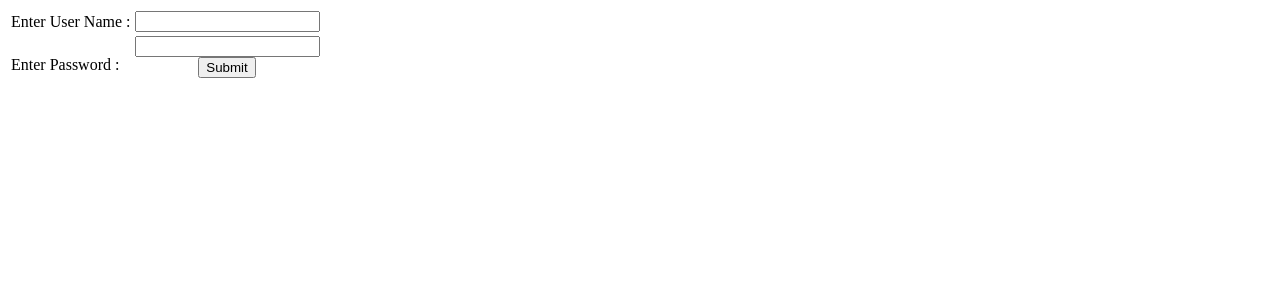
Repository: gunac/DbmsProject
Page: http://localhost/CarRental/login.jsp
An editor plug-in stored every save of this project. The page is shown before and after the next save, followed by the edit.
The browser window is 1280 px wide. The pictures show the whole page.
The page is served by Tomcat 9. Other server files are loaded and not shown.

Above is the page before, as saved 2014-11-30 00:30:55.

### CarRental/WebContent/login.jsp
<%@ page language="java" contentType="text/html; charset=ISO-8859-1"
    pageEncoding="ISO-8859-1"%>
<!DOCTYPE html PUBLIC "-//W3C//DTD HTML 4.01 Transitional//EN" "http://www.w3.org/TR/html4/loose.dtd">
<html>
<head>
<meta http-equiv="Content-Type" content="text/html; charset=ISO-8859-1">
<title>Login</title>
</head>
<body>
<form name="loginform" action="login" method="post">
<table border="0">
<tbody>
<tr>
<td>Enter User Name :</td>
<td> <input type="text" name="txtusername"></td>
</tr>
<tr>
<td>Enter Password : <th> <input type="password" name="txtpassword"><br>
<input type="submit">
</p>
</tbody>
</table>

</form>
</body>
</html>

After the next save:
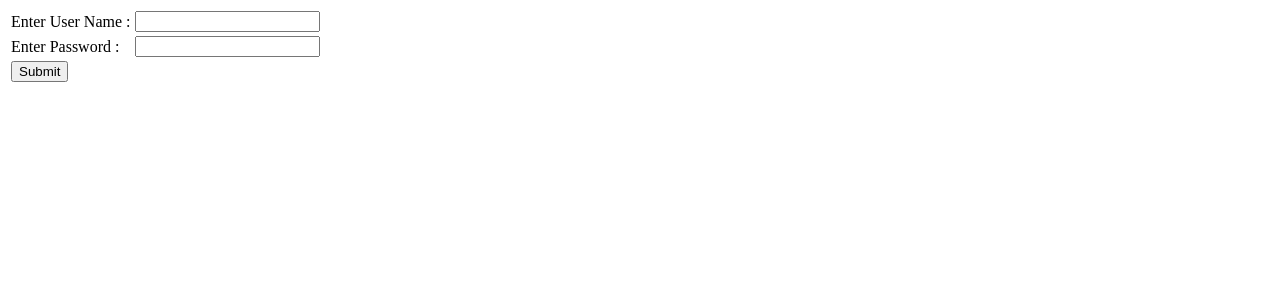
Saved 40 s later.
--- a/CarRental/WebContent/login.jsp
+++ b/CarRental/WebContent/login.jsp
@@ -15,9 +15,11 @@
 <td> <input type="text" name="txtusername"></td>
 </tr>
 <tr>
-<td>Enter Password : <th> <input type="password" name="txtpassword"><br>
-<input type="submit">
-</p>
+<td>Enter Password : </td>
+<td> <input type="password" name="txtpassword"></td>
+</tr>
+<tr> <td> <input type="submit"> </td> </tr>
+
 </tbody>
 </table>
 
